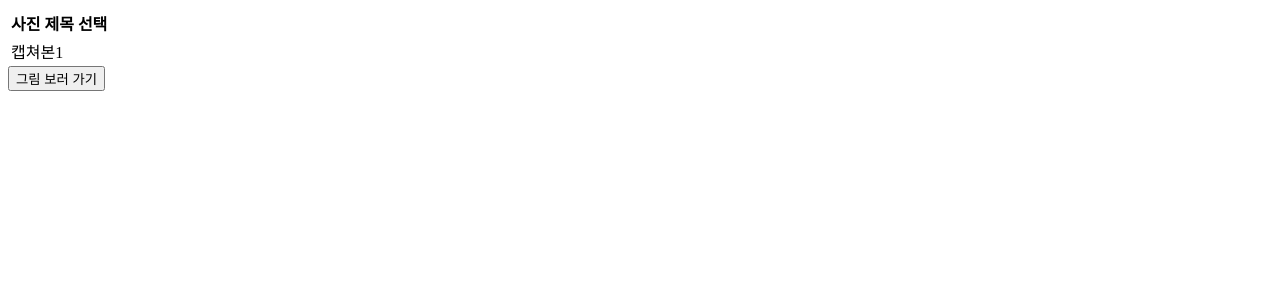
Repository: gowjd4419/jsp
Page: http://localhost/JSPBasic/jspobject/request/req_photo.jsp
The author's editor kept a copy of each file at every save. The page is drawn from the files as they stood at one save, then again after the next save.
The browser window is 1280 px wide. The pictures show the whole page.
The page is served by Tomcat 9.

Above is the page before, as saved 2022-03-25 11:47:34.

After the next save:
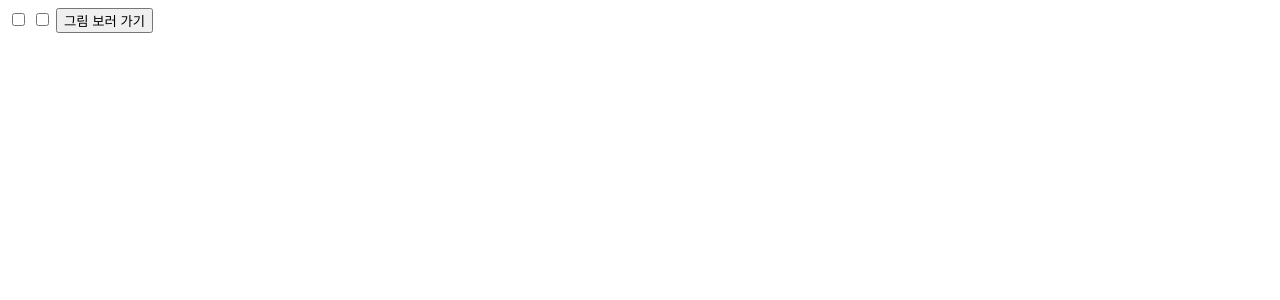
Saved 13 min 41 s later.
--- a/JSPBasic/src/main/webapp/jspobject/request/req_photo.jsp
+++ b/JSPBasic/src/main/webapp/jspobject/request/req_photo.jsp
@@ -16,17 +16,12 @@
     if~else문을 구성해보기
     그림파일은 <img src="파일명(01.pang나 02.pang)">을 이용해 출력가능
     --%>
+    <!-- 1. 1번 그림을 선택했는지 2번 그림을 선택했는지 확인만 할 수 있도록 체크박스를 만들고 결과페이지에 나오게한다.
+         2. if~else문을 이용해서 1번을 골랐다면 1번 그림을 골랐습니다. 2번을 골랐다면 2번 그림을 골랐습니다 라고 나오게 한다.
+         3. img태그를 이용해 글 대신 그림이 나오게 처리한다. -->
     <form action=http://localhost:8181/JSPBasic/jspobject/request/req_photo_result.jsp >
-    <table>
-      <tr>
-        <th>사진 제목</th>
-        <th>선택</th>
-      </tr>
-      <tr>
-         <td>캡쳐본1</td>
-         <td></td>
-      </tr>
-    </table>
+    <input type = "checkbox" name="box1" value="box1">
+    <input type = "checkbox" name="box2" value="box2">
     <input type="submit" value="그림 보러 가기">
     </form>
 </body>
